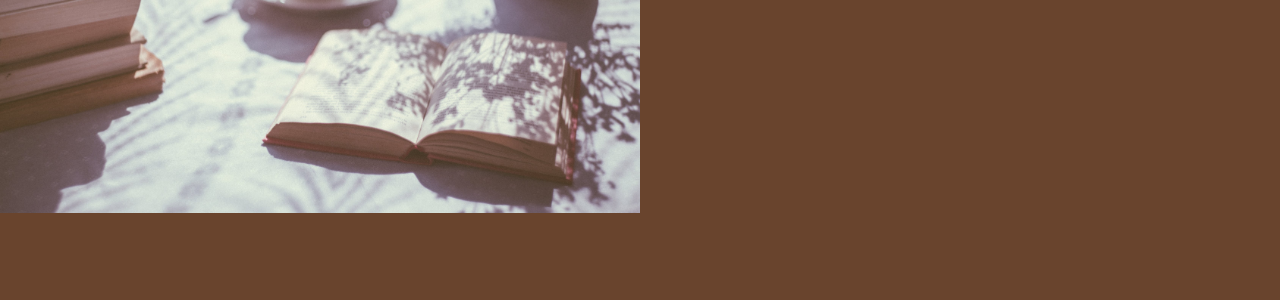
Repository: pazvarela/SCL019-social-network
Page: src/index.html
These files come from the project's save history. The page is drawn as it stood at one moment and after the next save; the edit follows.
The browser window is 1280 px wide. The pictures show the whole page.

Above is the page before, as saved 2022-03-08 17:24:25.
Console error (its wording comes from the project's code and is left out).

After the next save:
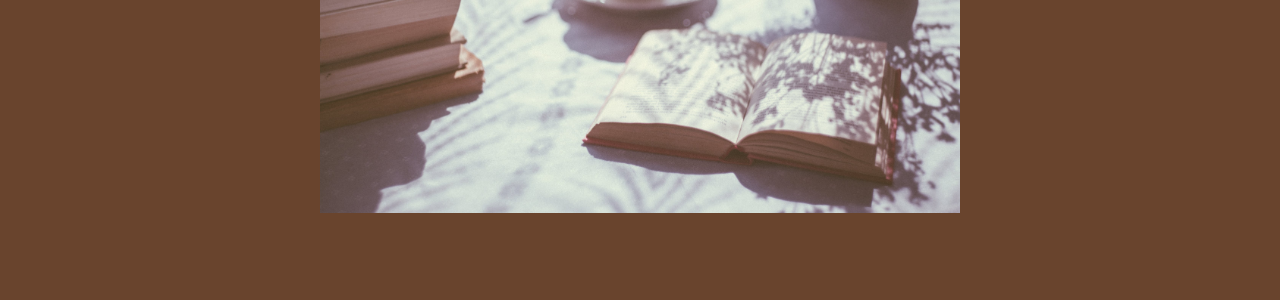
Saved 9 s later.
--- a/src/style.css
+++ b/src/style.css
@@ -9,7 +9,7 @@ body {
     background-repeat: no-repeat;
     background-size: 50%;
     background-color: #69442D;
-    background-position: left;
+    background-position: center;
 }
 
 :root {
